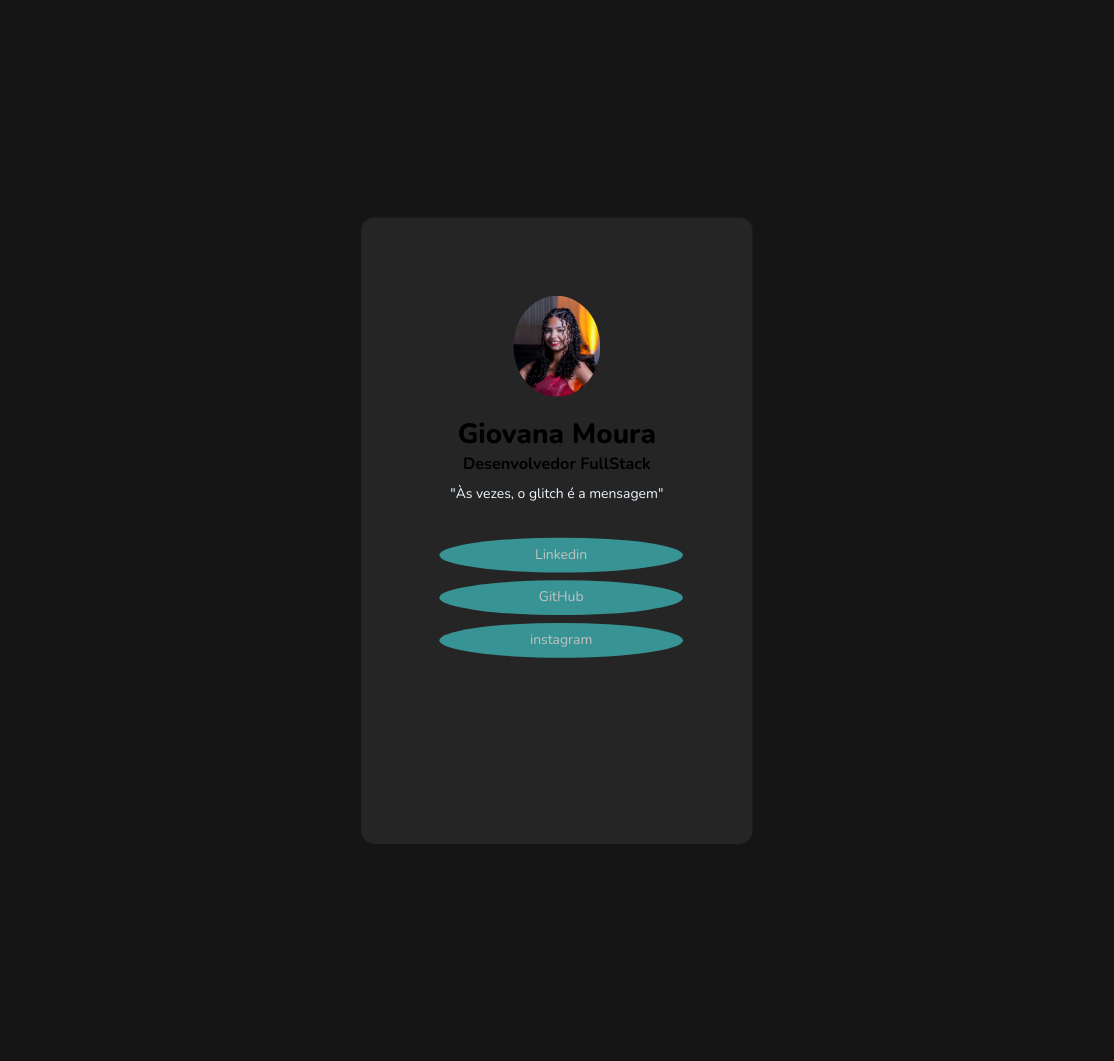
Repository: gimoli/linktree-giovana
Page: index.html
These files come from the project's save history. The page is drawn as it stood at one moment and after the next save; the edit follows.
The browser window is 1280 px wide. The pictures show the whole page, at 87% of full size.

Above is the page before, as saved 2025-04-11 10:25:03.

### index.html
<!DOCTYPE html>
<html lang="en">
<head>
    <meta charset="UTF-8">
    <meta name="viewport" content="width=device-width, initial-scale=1.0">
    <title>linktree Giovana</title>
    <link rel="stylesheet" href="style.css">
    <link rel="preconnect" href="https://fonts.googleapis.com">
<link rel="preconnect" href="https://fonts.gstatic.com" crossorigin>
<link href="https://fonts.googleapis.com/css2?family=Nunito:ital,wght@0,200..1000;1,200..1000&display=swap" rel="stylesheet">
</head>
<body>
    <div class="container-main">
        <div class="container-imagem">
            <img src="./image-profile.jfif" alt="foto perfil"/>
        </div>
        <div class="container-infos">
            <h1>Giovana Moura</h1>
            <h3>Desenvolvedor FullStack</h3>
        </div>
        <div class="container-easter-egg">
            <p>"Às vezes, o glitch é a mensagem"</p>
        </div>
        <div class="container-social">
            <ul>
                <a href="https://www.linkedin.com/in/giovana-moura-3543032bb/" target="_blank" class="botao-linktree-1">
                     <li>Linkedin</li>
                </a>
                <a href="https://github.com/gimoli" target="_blank" class="botao-linktree-2">
                     <li>GitHub</li>
                </a>
                <a href="https://www.instagram.com/gimoli_n?igsh=cTNvNDJ0M3owb3Vs&utm_source=qr" target="_blank" class="botao-linktree-3">
                     <li>instagram</li>
                </a>
            </ul>
        </div>
    </div>
</body>
</html>

### style.css
*{
    font-family: "Nunito", sans-serif;
    margin: 0;
    padding: 0;
    box-sizing: border-box;
}

body {
    background-color: rgb(21, 21, 21);
}

.container-main {
    background-color: rgb(37, 37, 37);
    width: 450px;
    height: 720px;
    box-sizing: border-box;
    margin: 250px auto;
    padding: 90px;
    border-radius: 15px;
    text-align: center;
}

.container-imagem img{
    margin: 0 60px;
    width: 100px;
    border-radius: 100%;
}

.container-infos {
    margin-top: 15px;
    margin-bottom: 10px;
}

.container-infos h1 {
    font-weight: 800;
}

.container-infos h2{
  color: #e32363;
    margin-top: 10px;
    margin-bottom: px;
    font-weight: 600;
    font-size: 18px;
}

.container-easter-egg {
    margin-bottom: 15px;
    color: aliceblue;
}

.container-social ul{
    list-style-type: none;
}

.container-social a{
    text-decoration: none;
    color: rgb(194, 194, 194);
}

.container-social{
  margin-top: 40px;
}

.container-social li {
  width: 280px;
  height: 40px;
  background-color: rgb(56, 148, 148);
  margin: 9px 0;
  padding: 8px 0;
  border-radius: 50%;

}

After the next save:
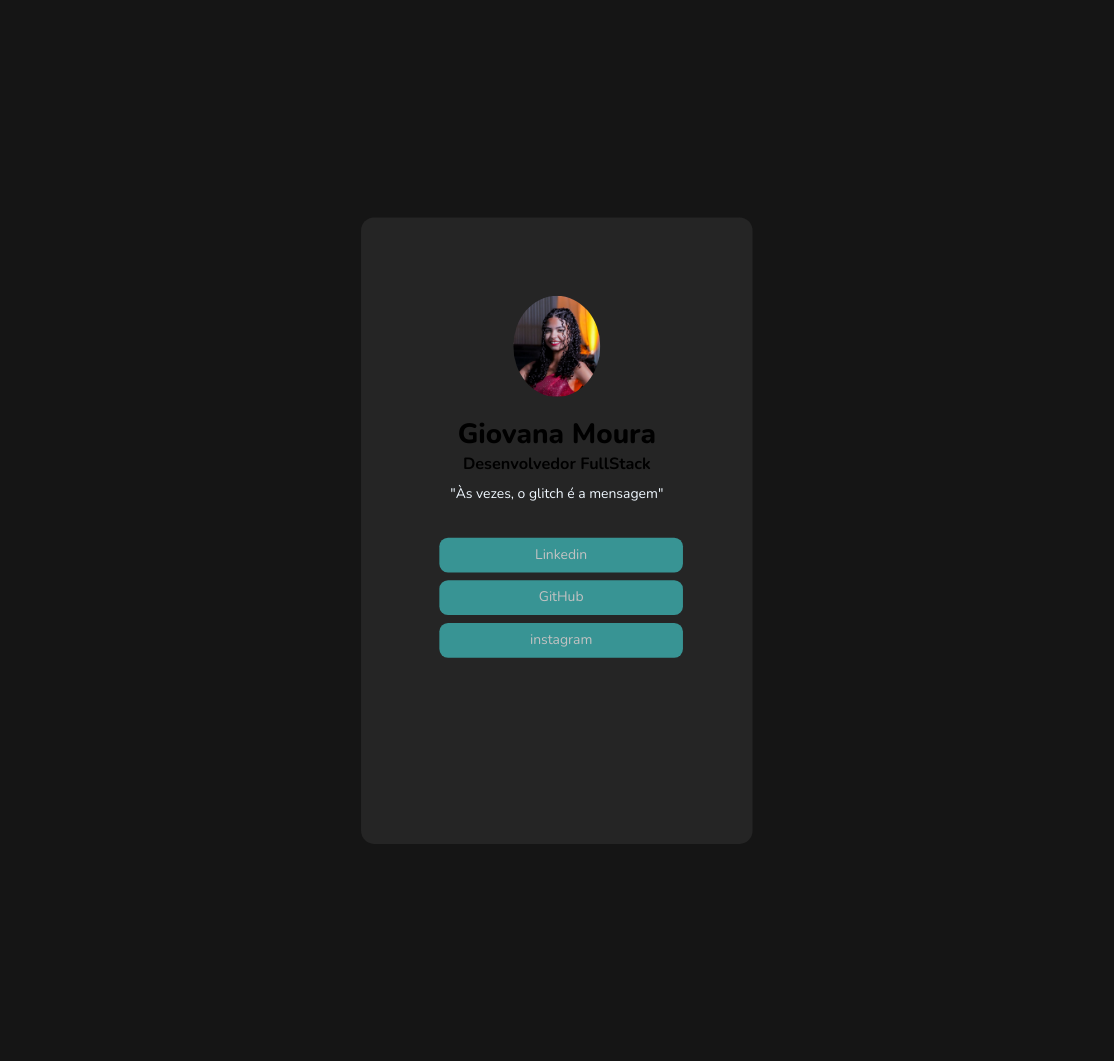
Saved 10 s later.
--- a/style.css
+++ b/style.css
@@ -67,6 +67,6 @@ body {
   background-color: rgb(56, 148, 148);
   margin: 9px 0;
   padding: 8px 0;
-  border-radius: 50%;
+  border-radius: 10px;
 
 }
